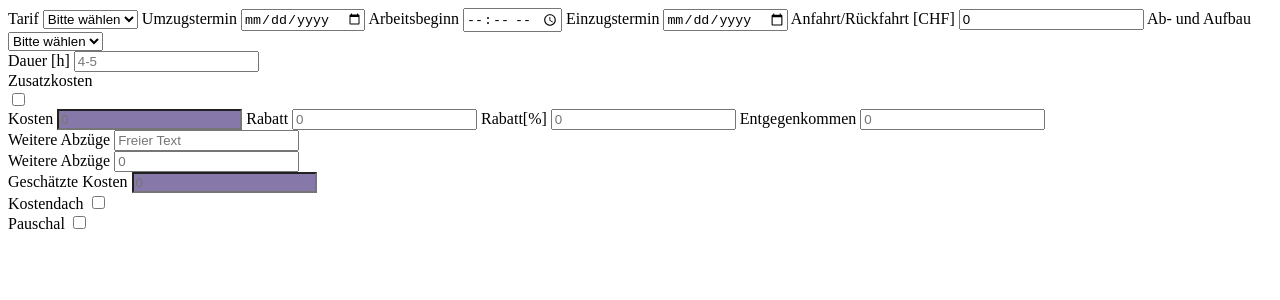
Repository: oguzhansade/SwissTransport
Page: resources/views/front/offer/offerUmzug2.blade.php
The author's editor kept a copy of each file at every save. The page is drawn from the files as they stood at one save, then again after the next save.
The browser window is 1280 px wide. The pictures show the whole page.
The page is served by the project's Laravel application, run on PHP 8.4 with Laravel 9. Other server files are loaded and not shown. The template is opened directly, without the code that normally fills it, so the values that code supplies are empty.

Above is the page before, as saved 2023-02-04 14:28:52.

### resources/views/front/offer/offerUmzug2.blade.php
<div class="row p-3">
    <div class="col-md-6">
        <label class=" col-form-label" for="l0">Tarif</label>
        <select class="form-control" class="umzugTariff2" name="umzugTariff" id="umzugTariff" >
            <option data-selection="bos" value>Bitte wählen</option>
            @foreach (\App\Models\Tariff::getList(1) as $key=>$value )
                <option data-selection="0" data-ma="{{ $value['ma'] }}" data-lkw="{{ $value['lkw'] }}" data-an="{{ $value['anhanger'] }}" data-chf ="{{ $value['chf'] }}" value="{{ $value['id'] }}">{{ $value['description'] }}</option>
            @endforeach
        </select>

        <div class="row umzug--tariffs--area umzug-tarif-area" style="display: none;">
            <div class="col">
                <label class=" col-form-label" for="l0">MA</label>
                <input class="form-control"  name="umzug1ma" placeholder="0"  type="number" >
            </div>
            <div class="col">
                <label class=" col-form-label" for="l0">LKW</label>
                <input class="form-control"  name="umzug1lkw" placeholder="0"  type="number" >
            </div>
            <div class="col">
                <label class=" col-form-label" for="l0">Anhänger</label>
                <input class="form-control"  name="umzug1anhanger" placeholder="0"  type="number" >
            </div>
            <div class="col">
                <label class=" col-form-label" for="l0">CHF-Ansatz</label>
                <input class="form-control" id="umzug1chf"  name="umzug1chf" placeholder="0"  type="number" value="0">
            </div>
        </div>

        <label class=" col-form-label" for="l0">Umzugstermin</label>
        <input class="form-control" class="date"  name="umzugausdate"  type="date" >

        <label class=" col-form-label" for="l0">Arbeitsbeginn</label>
        <input class="form-control" class="time"  name="umzug1time"  type="time" >

        <label class=" col-form-label" for="l0">Einzugstermin</label>
        <input class="form-control" class="date"  name="umzugeindate"  type="date" >

        <label class=" col-form-label" for="l0">Anfahrt/Rückfahrt [CHF]</label>
        <input class="form-control" class="date"  name="umzugroadChf"  type="number" value="0">

        <label class=" col-form-label" for="l0">Ab- und Aufbau</label>
        <select class="form-control" class="umzugMontaj" name="umzugMontaj" id="umzugMontaj" >
            <option value="1">Bitte wählen</option>
            <option value="2">Kunde</option>
            <option value="3">Firma</option>
        </select>
    </div>
    <div class="col-md-6">
        <label class="col-form-label" for="l0">Dauer [h]</label>
        <input class="form-control"  name="umzugHours" placeholder="4-5"  type="text" >

        <div class="extra-cost mt-1">
            <label for="" class="col-form-label">Zusatzkosten</label><br>
            <input type="checkbox" name="isExtra" id="isExtra" class="js-switch " data-color="#9c27b0" data-switchery="false" >
        </div>

        <div class="extra--cost--area" style="display: none;">

            <div class="form-group">
                <div class="row">
                    <div class="col-md-7">
                        <div class="checkbox checkbox-rounded checkbox-color-scheme">
                            <label class="checkbox">
                                <input type="checkbox" name="masraf"> <span class="label-text text-dark"><strong>Spesen</strong></span>
                            </label>
                        </div>
                    </div>
                    <div class="col-md-5">
                        <input class="form-control" name="extra1" type="number" value="10">
                    </div>
                </div>

                <div class="row">
                    <div class="col-md-7">
                        <div class="checkbox checkbox-rounded checkbox-color-scheme">
                            <label class="checkbox">
                                <input type="checkbox" name="masraf1"> <span class="label-text text-dark"><strong>Klavier 250.-</strong></span>
                            </label>
                        </div>
                    </div>
                    <div class="col-md-5">
                        <input class="form-control" name="extra2" type="number" value="250">
                    </div>
                </div>

                <div class="row">
                    <div class="col-md-7">
                        <div class="checkbox checkbox-rounded checkbox-color-scheme">
                            <label class="checkbox">
                                <input type="checkbox" name="masraf2"> <span class="label-text text-dark"><strong>Klavier 350.-</strong></span>
                            </label>
                        </div>
                    </div>
                    <div class="col-md-5">
                        <input class="form-control" name="extra3" type="number" value="350">
                    </div>
                </div>

                <div class="row">
                    <div class="col-md-7">
                        <div class="checkbox checkbox-rounded checkbox-color-scheme">
                            <label class="checkbox">
                                <input type="checkbox" name="masraf3"> <span class="label-text text-dark"><strong>Möbellift 0.-</strong></span>
                            </label>
                        </div>
                    </div>
                    <div class="col-md-5">
                        <input class="form-control" name="extra4" type="number" value="0">
                    </div>
                </div>

                <div class="row">
                    <div class="col-md-7">
                        <div class="checkbox checkbox-rounded checkbox-color-scheme">
                            <label class="checkbox">
                                <input type="checkbox" name="masraf4"> <span class="label-text text-dark"><strong>Möbellift 250.-</strong></span>
                            </label>
                        </div>
                    </div>
                    <div class="col-md-5">
                        <input class="form-control" name="extra5" type="number" value="250">
                    </div>
                </div>

                <div class="row">
                    <div class="col-md-7">
                        <div class="checkbox checkbox-rounded checkbox-color-scheme">
                            <label class="checkbox">
                                <input type="checkbox" name="masraf5"> <span class="label-text text-dark"><strong>Möbellift 350.-</strong></span>
                            </label>
                        </div>
                    </div>
                    <div class="col-md-5">
                        <input class="form-control" name="extra6" type="number" value="350">
                    </div>
                </div>

                <div class="row">
                    <div class="col-md-7">
                        <div class="checkbox checkbox-rounded checkbox-color-scheme">
                            <label class="checkbox">
                                <input type="checkbox" name="masraf6"> <span class="label-text text-dark"><strong>Schwergutzuschlag 150.-</strong></span>
                            </label>
                        </div>
                    </div>
                    <div class="col-md-5">
                        <input class="form-control" name="extra7" type="number" value="150">
                    </div>
                </div>

                <div class="row">
                    <div class="col-md-7">
                        <div class="checkbox checkbox-rounded checkbox-color-scheme">
                            <label class="checkbox">
                                <input type="checkbox" name="masraf7"> <span class="label-text text-dark"><strong>Schwergutzuschlag 250.-</strong></span>
                            </label>
                        </div>
                    </div>
                    <div class="col-md-5">
                        <input class="form-control" name="extra8" type="number" value="250">
                    </div>
                </div>

                <div class="row">
                    <div class="col-md-7">
                        <div class="checkbox checkbox-rounded checkbox-color-scheme">
                            <label class="checkbox">
                                <input type="checkbox" name="masraf8"> <span class="label-text text-dark"><strong>Tresor 350.-</strong></span>
                            </label>
                        </div>
                    </div>
                    <div class="col-md-5">
                        <input class="form-control" name="extra9" type="number" value="350">
                    </div>
                </div>

                <div class="row">
                    <div class="col-md-7">
                        <div class="checkbox checkbox-rounded checkbox-color-scheme">
                            <label class="checkbox">
                                <input type="checkbox" name="masraf9"> <span class="label-text text-dark"><strong>Tresor 450.-</strong></span>
                            </label>
                        </div>
                    </div>
                    <div class="col-md-5">
                        <input class="form-control" name="extra10" type="number" value="450">
                    </div>
                </div>

                <div class="row">
                    <div class="col-md-7">
                        <div class="checkbox checkbox-rounded checkbox-color-scheme">
                            <label class="checkbox">
                                <input type="checkbox" name="masraf10"> <span class="label-text text-dark"><strong>Wasserbett</strong></span>
                            </label>
                        </div>
                    </div>
                    <div class="col-md-5">
                        <input class="form-control" name="extra11" type="number" value="500">
                    </div>
                </div>

                <div class="row ">
                    <div class="col-md-7">
                        <input class="form-control"  name="extra12CostText" placeholder="Freier Text"  type="text" >
                    </div>
                    <div class="col-md-5">
                        <input class="form-control"  name="extra12Cost" placeholder="0"  type="number" value="0">
                    </div>
                </div>

                <div class="row mt-3">
                    <div class="col-md-7">
                        <input class="form-control"  name="extra13CostText" placeholder="Freier Text"  type="text" >
                    </div>
                    <div class="col-md-5">
                        <input class="form-control"  name="extra13Cost" placeholder="0"  type="number" value="0">
                    </div>
                </div>
            </div>
        </div>

        <label class="col-form-label mt-1 " for="l0">Kosten</label>
        <input class="form-control" id="umzugCost"  name="umzugCost" placeholder="0"  type="text" style="background-color: #8778aa;color:white;">

        <label class="col-form-label" for="l0">Rabatt</label>
        <input class="form-control"  name="umzugDiscount" placeholder="0"  type="number" >

        <label class="col-form-label" for="l0">Rabatt[%]</label>
        <input class="form-control"  name="umzugDiscountPercent" placeholder="0"  type="number" >

        <label class="col-form-label" for="l0">Entgegenkommen</label>
        <input class="form-control"  name="umzugCompromiser" placeholder="0"  type="number" >

        <div class="row ">
            <div class="col-md-7">
                <label class="col-form-label" for="l0">Weitere Abzüge</label>
                <input class="form-control"  name="umzugExtraDiscountText" placeholder="Freier Text"  type="text" >
            </div>
            <div class="col-md-5">
                <label class="col-form-label" for="l0">Weitere Abzüge</label>
                <input class="form-control"  name="umzugExtraDiscount" placeholder="0"  type="number" >
            </div>
        </div>

        <label class="col-form-label" for="l0">Geschätzte Kosten</label>
        <input class="form-control"  name="umzugTotalPrice" placeholder="0"  type="text" style="background-color: #8778aa;color:white;">

        <div class="mt-2 isKostendach">
            <label class="col-form-label" for="l0">Kostendach</label>
            <input type="checkbox"  name="isKostendach" id="isKostendach" class="js-switch mt-1" data-color="#9c27b0" data-size="small" data-switchery="false" >
        </div>

        <div class="kostendach-area" style="display: none;">
            <input class="form-control"  name="umzugTopPrice" placeholder="0"  type="number" style="background-color: #8778aa;color:white;">

            <div class="mt-2">
                <small class=" text-primary">manuell gesetzt</small>
                <input type="checkbox" name="isUmzugMTPrice" id="isUmzugMTPrice" class="js-switch mt-1" data-color="#9c27b0" data-size="small" data-switchery="false" >
            </div>
        </div>

        <div class="mt-2 isPauschal">
            <label class="col-form-label" for="l0">Pauschal</label>
            <input type="checkbox"  name="isPauschal" id="isPauschal" class="js-switch mt-1" data-color="#9c27b0" data-size="small" data-switchery="false" >
        </div>

        <div class="pauschal-area" style="display: none;">
            <input class="form-control"  name="umzugDefaultPrice" placeholder="0"  type="number" style="background-color: #8778aa;color:white;">
        <div>
    </div>
</div>

@section('offerFooter1')
{{-- Tarife Fiyatları --}}
<script>
    $("select[name=umzugTariff]").on("change",function () {
        let chf = $(this).find(":selected").data("chf");
        let ma = $(this).find(":selected").data("ma");
        let lkw = $(this).find(":selected").data("lkw");
        let anhanger = $(this).find(":selected").data("an");
        let control = $(this).find(":selected").data('selection');
        let spesen = $("input[name=extra1]").val();
        if (control != 'bos')
        {
        $('.umzug-tarif-area').show(300)

        }
        else
        {
        $('input[name=umzug1chf]').val(0);
        $('input[name=umzug1ma]').val(0);
        $('input[name=umzug1lkw]').val(0);
        $('input[name=umzug1anhanger]').val(0);
        $('.umzug-tarif-area').hide(300)
        }

        $('input[name=umzug1chf]').val(chf);
        $('input[name=umzug1ma]').val(ma);
        $('input[name=umzug1lkw]').val(lkw);
        $('input[name=umzug1anhanger]').val(anhanger);
        spesen = ma * 20;
        $("input[name=extra1]").val(spesen);
    })
    var isKostendachbutton = $("div.isKostendach");
    isKostendachbutton.click(function(){
        if($(this).hasClass("checkbox-checked"))
        {
            $(".kostendach-area").show(700);
        }
        else{
            $(".kostendach-area").hide(500);
        }
    })




</script>
{{-- İlave ücret Aç/kapa --}}
<script>
    var extracostbutton = $("div.extra-cost");
    extracostbutton.click(function(){
        if($(this).hasClass("checkbox-checked"))
        {
            $(".extra--cost--area").show(700);
        }
        else{
            $(".extra--cost--area").hide(500);
        }
    })
</script>
<script>
    $(document).ready(function(){
        umzugCost = 0;
        var umzugTotalPrice = 0;
        var umzugTopPrice = 0;
        var umzugDefaultPrice = 0;

        $('input[name=umzugCost]').on('click',function () {
            if ($('input[name=masraf]').is(":checked")){
               var extra1 = parseFloat($('input[name=extra1]').val());
            }
            else {
                extra1 = 0;
            }
            if ($('input[name=masraf1]').is(":checked")){
               var extra2 = parseFloat($('input[name=extra2]').val());
            }
            else {
                extra2 = 0;
            }
            if ($('input[name=masraf2]').is(":checked")){
                var extra3 = parseFloat($('input[name=extra3]').val());
            }
            else {
                extra3 = 0;
            }
            if ($('input[name=masraf3]').is(":checked")){
                var extra4 = parseFloat($('input[name=extra4]').val());
            }
            else {
                extra4 = 0;
            }
            if ($('input[name=masraf4]').is(":checked")){
                var extra5 = parseFloat($('input[name=extra5]').val());
            }
            else {
                extra5 = 0;
            }
            if ($('input[name=masraf5]').is(":checked")){
                var extra6 = parseFloat($('input[name=extra6]').val());
            }
            else {
                extra6 = 0;
            }
            if ($('input[name=masraf6]').is(":checked")){
                var extra7 = parseFloat($('input[name=extra7]').val());
            }
            else {
                extra7 = 0;
            }
            if ($('input[name=masraf7]').is(":checked")){
                var extra8 = parseFloat($('input[name=extra8]').val());
            }
            else {
                extra8 = 0;
            }
            if ($('input[name=masraf8]').is(":checked")){
                var extra9 = parseFloat($('input[name=extra9]').val());
            }
            else {
                extra9 = 0;
            }
            if ($('input[name=masraf9]').is(":checked")){
                var extra10 = parseFloat($('input[name=extra10]').val());
            }
            else {
                extra10 = 0;
            }
            if ($('input[name=masraf10]').is(":checked")){
                var extra11 = parseFloat($('input[name=extra11]').val());
            }
            else {
                extra11 = 0;
            }

            var extra12Cost = parseFloat($('input[name=extra12Cost]').val());
            var extra13Cost = parseFloat($('input[name=extra13Cost]').val());
            var umzugTotalChf = parseFloat($('input[name=umzugroadChf]').val());

            var chf = $('input[name=umzug1chf]').val();
            var Hours = $('input[name=umzugHours]').val();
            let allHours = Hours.split("-");

            let leftHour = parseFloat(allHours[0]);
            let rightHour = parseFloat(allHours[1]);

            umzugCostLeft = chf * leftHour + extra1+extra2+extra3+extra4+extra5+extra6+extra7+extra8+extra9+extra10+extra11+extra12Cost+extra13Cost+umzugTotalChf;
            umzugCostRight = chf * rightHour + extra1+extra2+extra3+extra4+extra5+extra6+extra7+extra8+extra9+extra10+extra11+extra12Cost+extra13Cost+umzugTotalChf;

            if(rightHour){
                $('input[name=umzugCost]').val(umzugCostRight)
            }
            if(leftHour){
                $('input[name=umzugCost]').val(umzugCostLeft)
            }
            if(leftHour && rightHour ){
                $('input[name=umzugCost]').val(umzugCostLeft+'-'+umzugCostRight)
            }
            if(leftHour == null && rightHour == null)
            {
                $('input[name=umzugCost]').val('')
            }



        })
        $('input[name=umzugTotalPrice]').on('click',function () {
            var chf = $('input[name=umzug1chf]').val();
            var Hours = $('input[name=umzugHours]').val();
            let allHours = Hours.split("-");

            let leftHour = parseFloat(allHours[0]);
            let rightHour = parseFloat(allHours[1]);
            var discount = $('input[name=umzugDiscount]').val();
            var discountPercent = $('input[name=umzugDiscountPercent]').val();
            var compromiser = $('input[name=umzugCompromiser]').val();
            var extraDiscount = $('input[name=umzugExtraDiscount]').val();

            umzugTotalPriceLeft = umzugCostLeft - discount - (umzugCostLeft*discountPercent/100) - compromiser - extraDiscount;
            umzugTotalPriceRight = umzugCostRight - discount - (umzugCostLeft*discountPercent/100) - compromiser - extraDiscount;

            if(rightHour){
                $('input[name=umzugTotalPrice]').val(umzugTotalPriceRight)
            }
            if(leftHour){
                $('input[name=umzugTotalPrice]').val(umzugTotalPriceLeft)
            }
            if(leftHour && rightHour ){
                $('input[name=umzugTotalPrice]').val(umzugTotalPriceLeft+'-'+umzugTotalPriceRight)
            }
            if(leftHour == null && rightHour == null)
            {
                $('input[name=umzugTotalPrice]').val('')
            }
        })

        $('input[name=umzugTopPrice]').on('click',function(){

            var chf = $('input[name=umzug1chf]').val();
            var Hours = $('input[name=umzugHours]').val();
            let umzugTotalPrices = $('input[name=umzugTotalPrice]').val();
            umzugTotalPricesARR = umzugTotalPrices.split("-");
            let umzugTotalPrice = 0;

            leftTotal = parseFloat(umzugTotalPricesARR[0]);
            rightTotal = parseFloat(umzugTotalPricesARR[1]);

            if(leftTotal >= rightTotal)
            {
                umzugTotalPrice = leftTotal;
            }
            else if(rightTotal >= leftTotal)
            {
                umzugTotalPrice = rightTotal;
            }
            else{
                umzugTotalPrice = parseFloat($('input[name=umzugTotalPrice]').val());
            }

            if($('input[name=isUmzugMTPrice]').is(":checked"))
            {
                $('input[name=umzugTopPrice]').val();
            }
            else{
                umzugTopPrice = umzugTotalPrice + parseFloat(chf);
                $('input[name=umzugTopPrice]').val(umzugTopPrice);
            }

            if($('input[name=isKostendach]').is(":checked"))
            {
                $('input[name=umzugTopPrice]').val();
            }
            else{
                umzugTopPrice = umzugTotalPrice + parseFloat(chf);
                $('input[name=umzugTopPrice]').val(umzugTopPrice);
            }

            umzugDefaultPrice = umzugTotalPrice + parseFloat(chf);
            $('input[name=umzugDefaultPrice]').val(umzugDefaultPrice);
        })

    })
</script>

@endsection

Loaded but not shown: app/Http/Controllers/Auth/ConfirmPasswordController.php (common file); app/Http/Controllers/Controller.php (common file); app/Models/Tariff.php (30 lines, source omitted); routes/web.php (241 lines, source omitted)

After the next save:
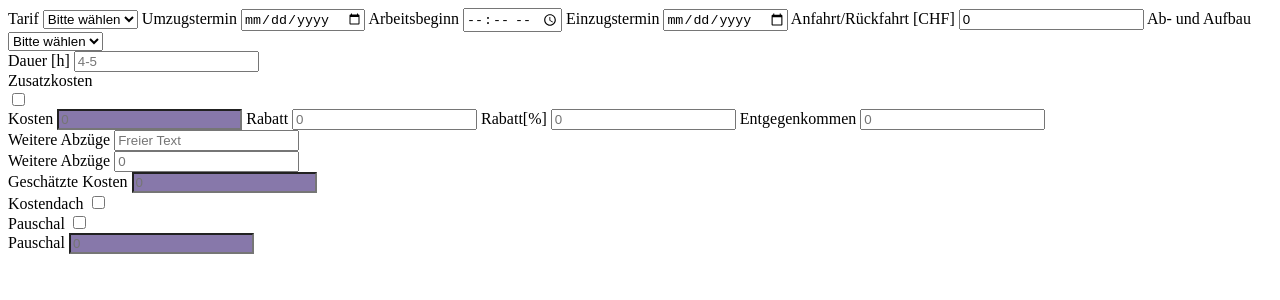
Saved 38 s later.
--- a/resources/views/front/offer/offerUmzug2.blade.php
+++ b/resources/views/front/offer/offerUmzug2.blade.php
@@ -266,9 +266,8 @@
             <input type="checkbox"  name="isPauschal" id="isPauschal" class="js-switch mt-1" data-color="#9c27b0" data-size="small" data-switchery="false" >
         </div>
 
-        <div class="pauschal-area" style="display: none;">
-            <input class="form-control"  name="umzugDefaultPrice" placeholder="0"  type="number" style="background-color: #8778aa;color:white;">
-        <div>
+        <label class="col-form-label" for="l0">Pauschal</label>
+        <input class="form-control"  name="umzugDefaultPrice" placeholder="0"  type="number" style="background-color: #8778aa;color:white;">
     </div>
 </div>
 
@@ -313,8 +312,6 @@
             $(".kostendach-area").hide(500);
         }
     })
-
-
 
 
 </script>
